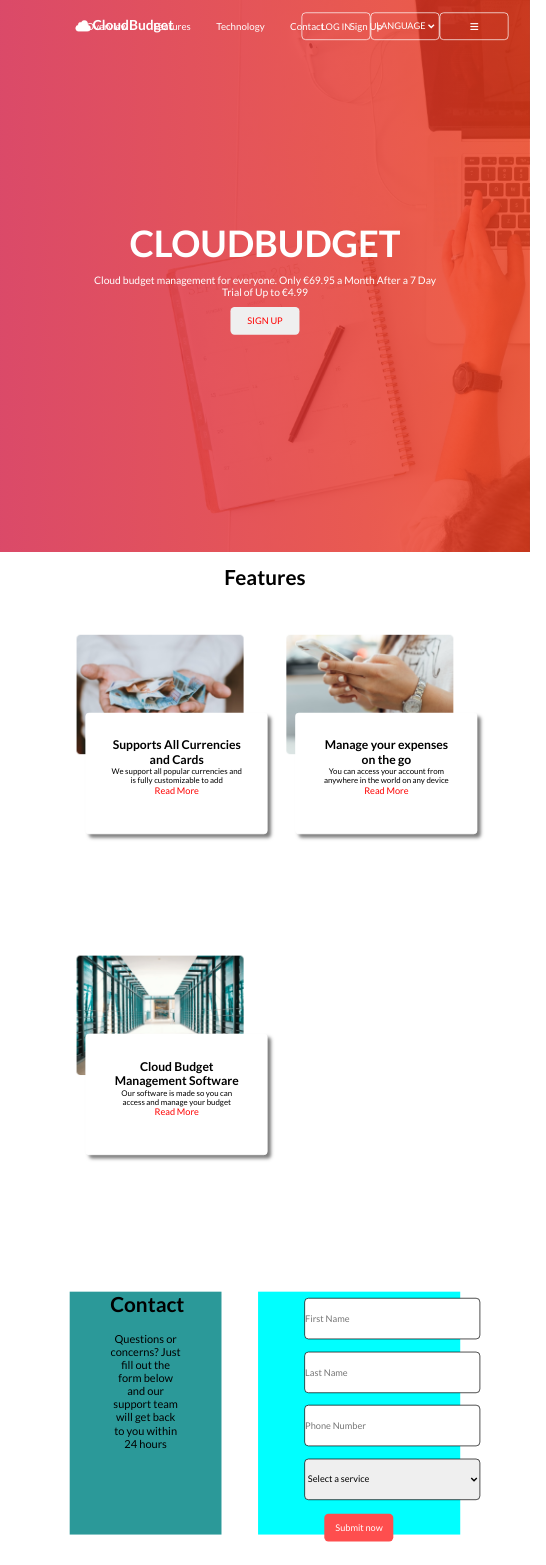
Repository: havvanurrana/website3
Page: index.html
These files come from the project's save history. The page is drawn as it stood at one moment and after the next save; the edit follows.
The browser window is 768 px wide. The page is 791 px wide, so the pictures cover 791 px, including what lies to the right of the window. The pictures show the whole page, at 69% of full size.

Above is the page before, as saved 2024-08-05 19:20:30.

After the next save:
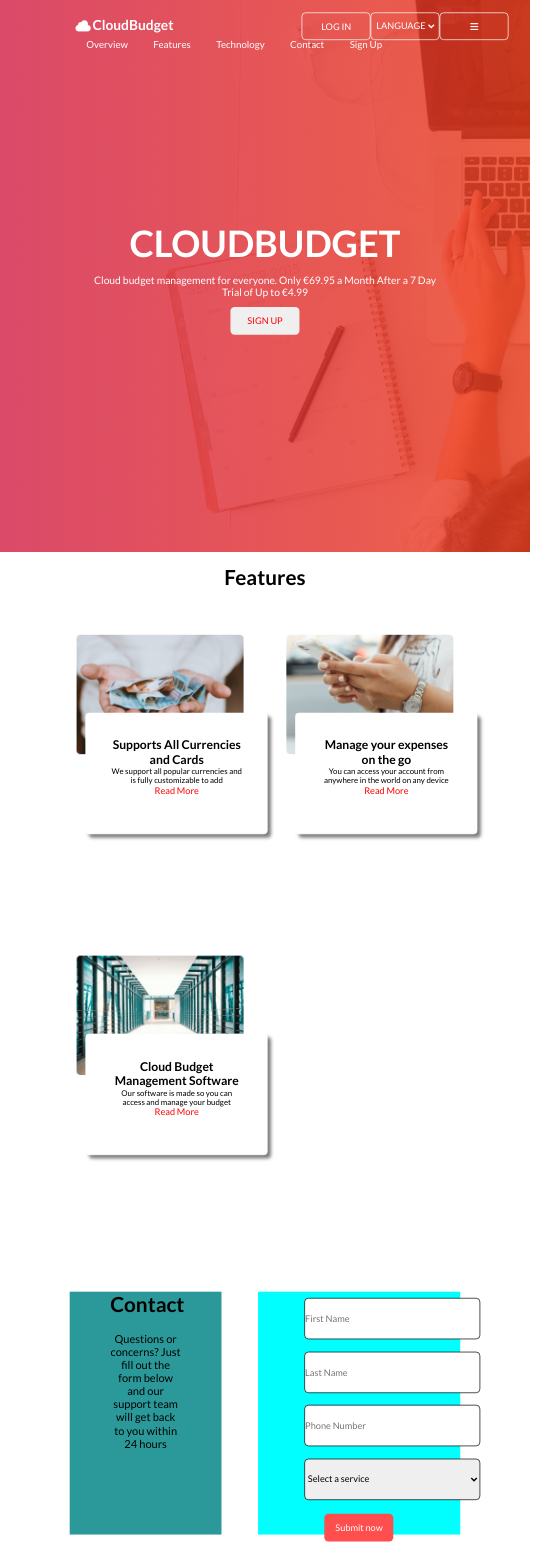
Saved 13 s later.
--- a/style.css
+++ b/style.css
@@ -271,6 +271,7 @@ input{
    }
    .header-menu .navbar{
       position: absolute;
+      top: 95%;
 
    }
 }
